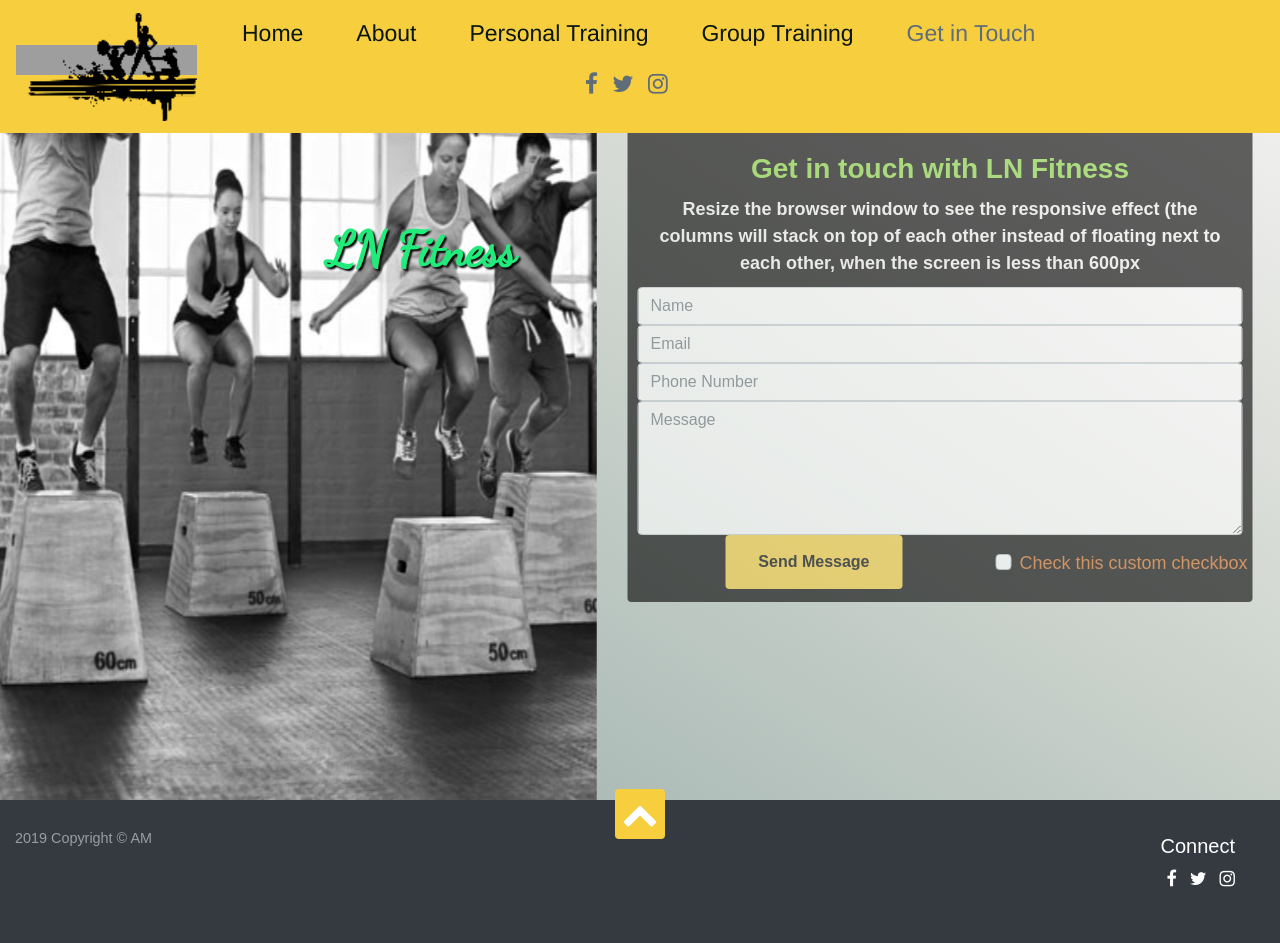
Repository: murphya14/Fitness-webpage
Page: get-in-touch.html
The author's editor kept a record of every edit. The page is drawn from the files as they stood at one moment, then again after the next edit.
The browser window is 1280 px wide. The pictures show the whole page.
Pictures or frames that could not be fetched are drawn as grey boxes. Some web libraries are served in a nearby version.

Above is the page before.

After the next edit:
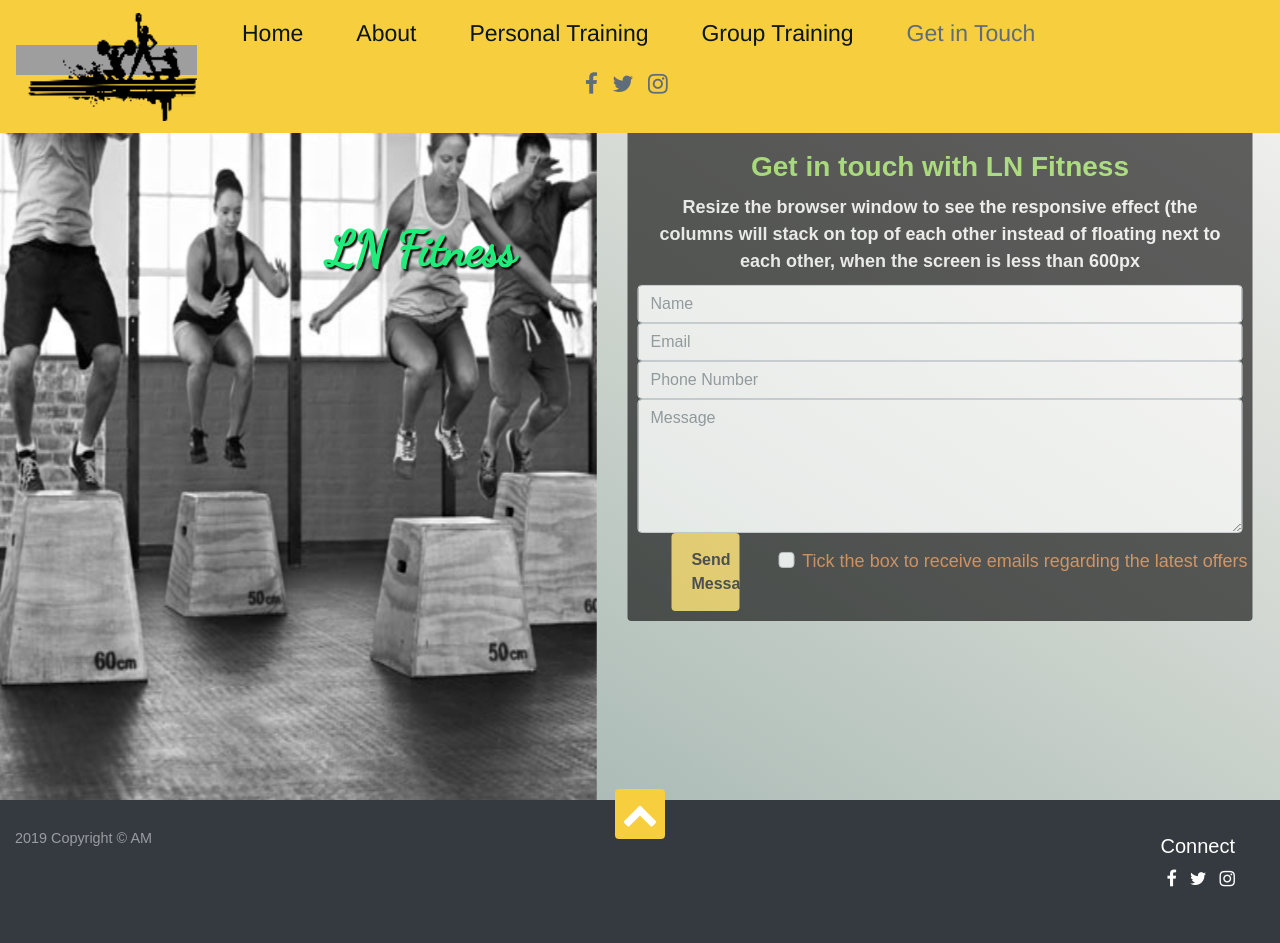
The edit:
--- a/get-in-touch.html
+++ b/get-in-touch.html
@@ -137,7 +137,7 @@
         <div class="row">
       <div class="custom-control custom-checkbox">
   <input type="checkbox" class="custom-control-input" id="customCheck1">
-  <label class="custom-control-label" for="customCheck1">Check this custom checkbox</label>
+  <label class="custom-control-label" for="customCheck1">Tick the box to receive emails regarding the latest offers</label>
 </div>
 </div>
   </div>
